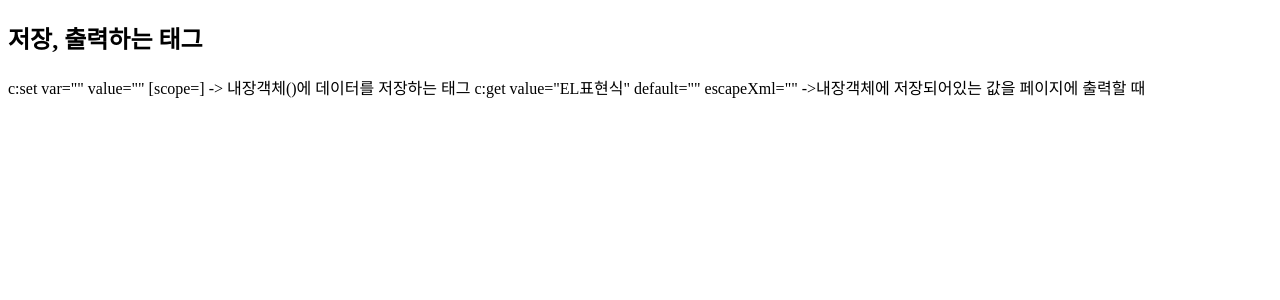
Repository: simjiho/week
Page: http://localhost/el_jstl/views/jstl/02_controltag.jsp
The author's editor kept a copy of each file at every save. The page is drawn from the files as they stood at one save, then again after the next save.
The browser window is 1280 px wide. The pictures show the whole page.
The page is served by Tomcat 9. Other server files are loaded and not shown.

Above is the page before, as saved 2024-04-20 05:47:49.

### workspace/el_jstl/src/main/webapp/views/jstl/02_controltag.jsp
<%@ page language="java" contentType="text/html; charset=UTF-8"
    pageEncoding="UTF-8"%>
<%@ taglib prefix="c" uri="http://java.sun.com/jsp/jstl/core" %>
<!DOCTYPE html>
<html>
<head>
<meta charset="UTF-8">
<title>코어태그 사용하기</title>
</head>
<body>
	<h2>저장, 출력하는 태그</h2>
	<p>
		c:set var="" value="" [scope=] -> 내장객체()에 데이터를 저장하는 태그
		c:get value="EL표현식" default="" escapeXml="" ->내장객체에 저장되어있는 값을 페이지에 출력할 때 <br>
	</p>
</body>
</html>

After the next save:
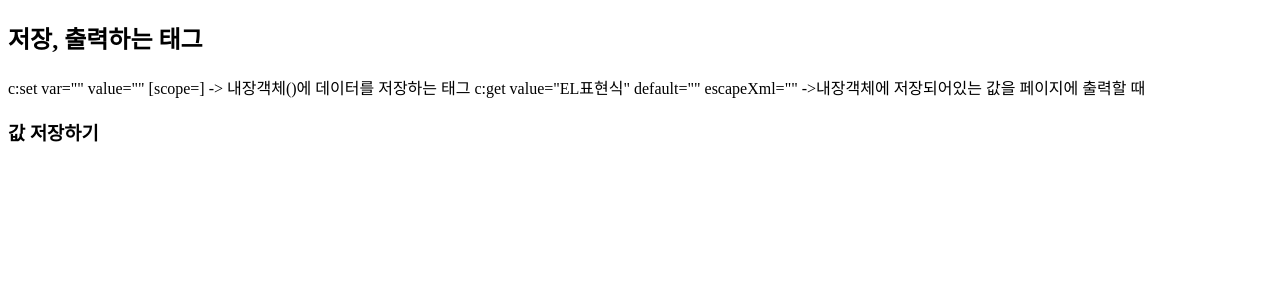
Saved 30 s later.
--- a/workspace/el_jstl/src/main/webapp/views/jstl/02_controltag.jsp
+++ b/workspace/el_jstl/src/main/webapp/views/jstl/02_controltag.jsp
@@ -13,5 +13,6 @@
 		c:set var="" value="" [scope=] -> 내장객체()에 데이터를 저장하는 태그
 		c:get value="EL표현식" default="" escapeXml="" ->내장객체에 저장되어있는 값을 페이지에 출력할 때 <br>
 	</p>
+	<h3>값 저장하기</h3>
 </body>
 </html>
